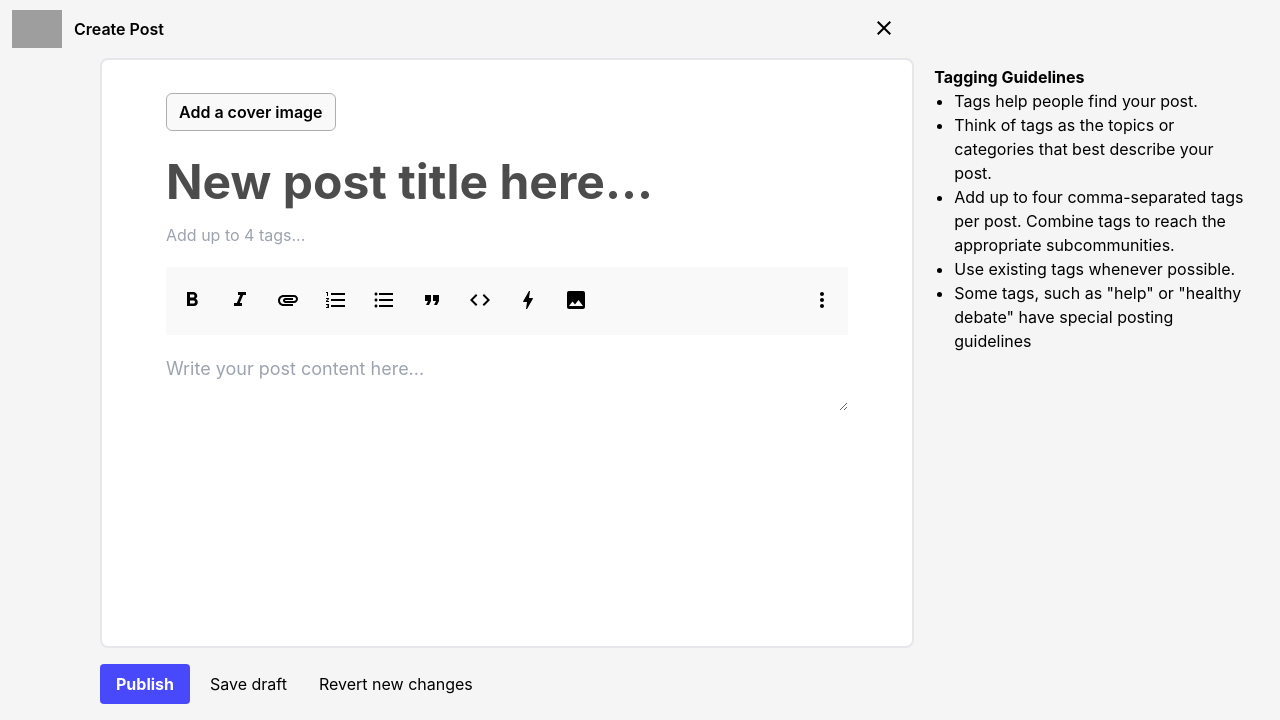
Repository: dat-nguyen-2001/Dev.to
Page: /new (app in client/)
The author's editor kept a copy of each file at every save. The page is drawn from the files as they stood at one save, then again after the next save.
The browser window is 1280 px wide. The pictures show the whole page.
Pictures or frames that could not be fetched are drawn as grey boxes. The project was rebuilt for these pictures with package versions that can differ from the ones it lists, and the page was loaded fresh each time. Also part of the build but not shown: client/src/components/Footer.tsx, client/src/components/nav/GuestNav.tsx, client/src/components/nav/NavBar.tsx, client/src/components/Layout.tsx, client/src/pages/about.tsx, client/src/components/SignInForm.tsx, client/src/components/SignInPlatform.tsx, client/src/pages/enter.tsx and 1 more.

Above is the page before, as saved 2022-09-25 12:40:05.

After the next save:
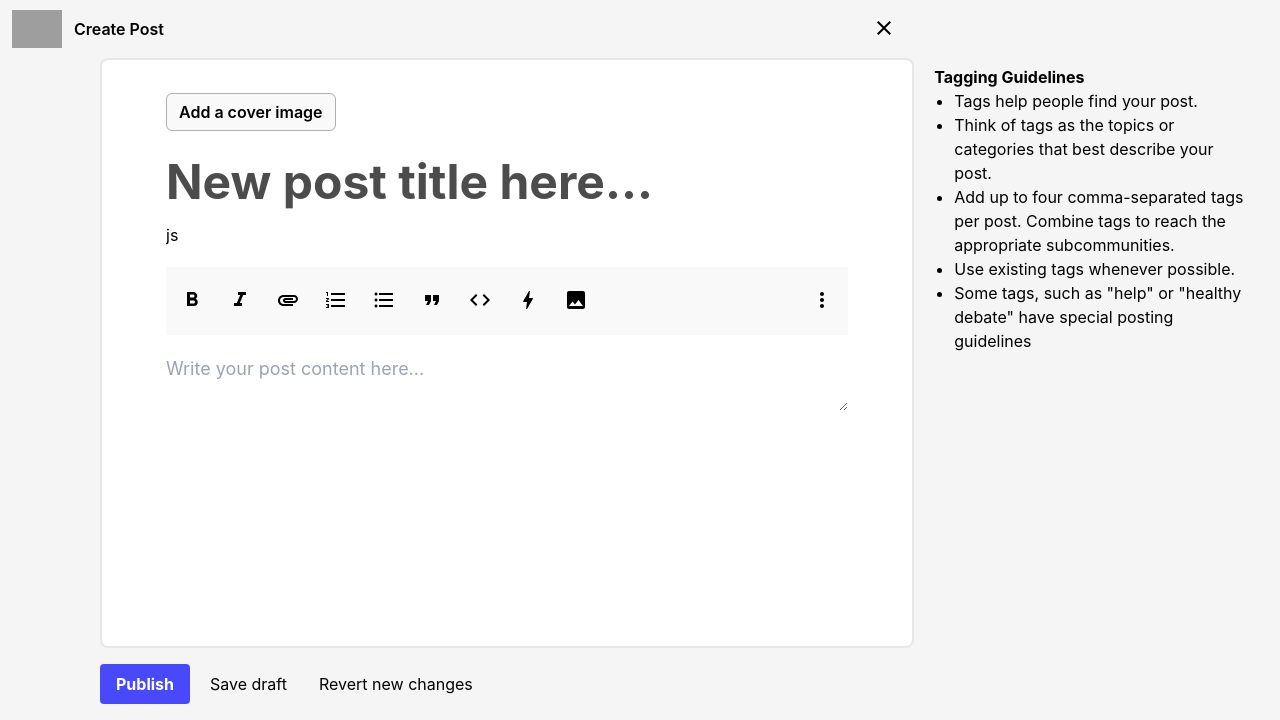
Saved 5 s later.
--- a/client/src/pages/new.tsx
+++ b/client/src/pages/new.tsx
@@ -28,7 +28,7 @@
 
     //Handle tags
     const tags = ["javascript", "react", "python", "dev's life", "programming", "css", "html", "typescript", "mongodb", "webdev", "beginners", "tutorial", "algorithms", "postgres", "threejs", "open source", "github", "docker", "testing"];
-    const [tagsValue, setTagsValue] = useState('')
+    const [tagsValue, setTagsValue] = useState('js')
 
     // Resize textarea when typing
     const textarea = document.querySelector('textarea');

After the save that followed:
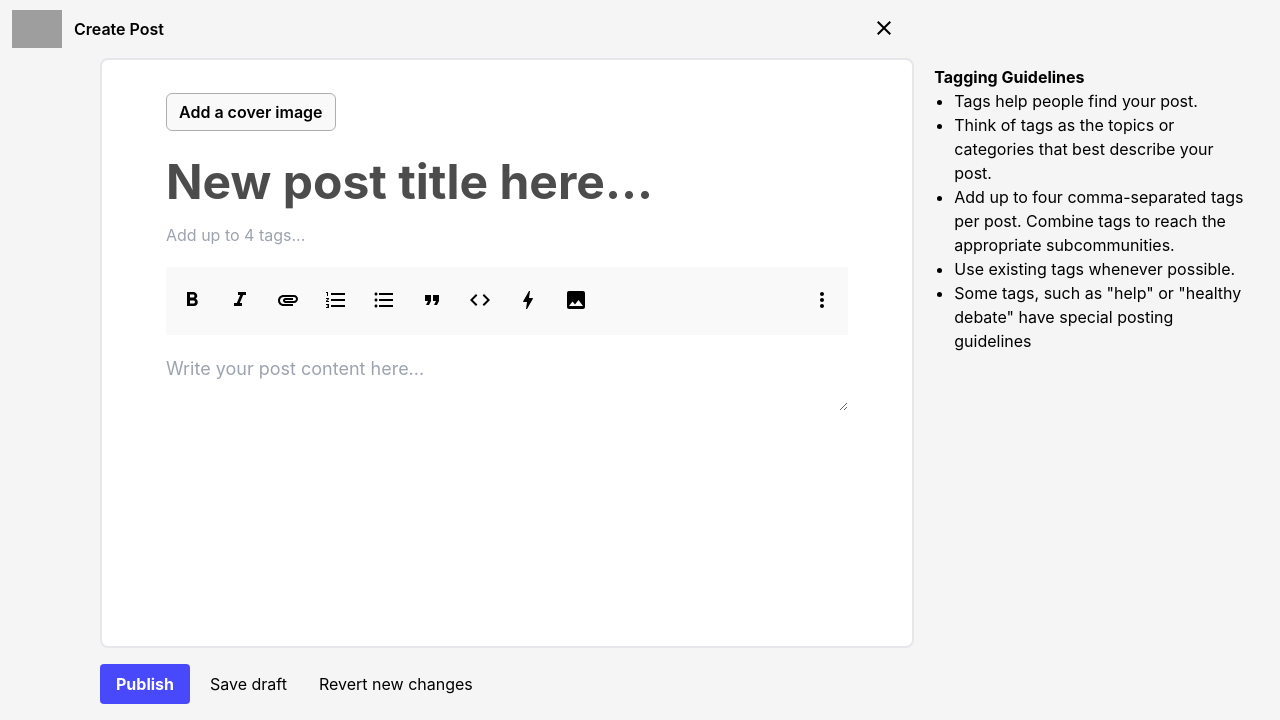
Saved 15 s later.
--- a/client/src/pages/new.tsx
+++ b/client/src/pages/new.tsx
@@ -28,7 +28,7 @@
 
     //Handle tags
     const tags = ["javascript", "react", "python", "dev's life", "programming", "css", "html", "typescript", "mongodb", "webdev", "beginners", "tutorial", "algorithms", "postgres", "threejs", "open source", "github", "docker", "testing"];
-    const [tagsValue, setTagsValue] = useState('js')
+    const [tagsValue, setTagsValue] = useState('')
 
     // Resize textarea when typing
     const textarea = document.querySelector('textarea');
